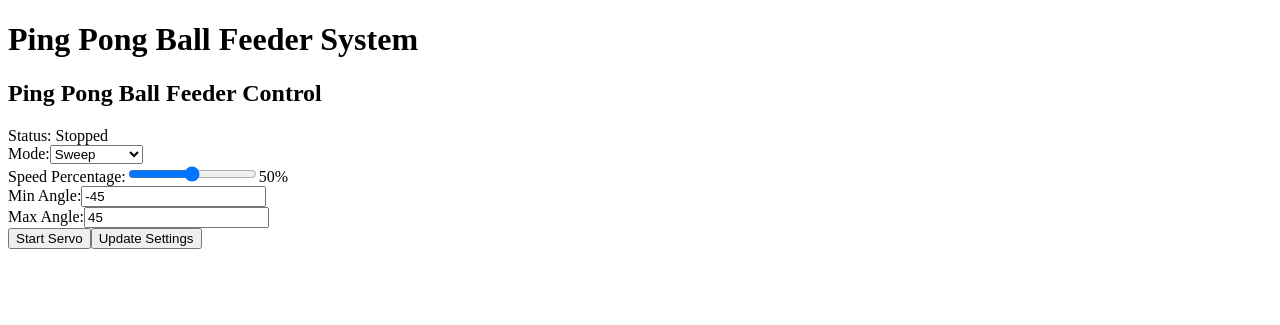
Repository: agurkmedia/pingpong
Page: / (app in frontend/)
The author's editor kept a copy of each file at every save. The page is drawn from the files as they stood at one save, then again after the next save.
The browser window is 1280 px wide. The pictures show the whole page.
The page's requests for data from a server got no answer. The project was rebuilt for these pictures with package versions that can differ from the ones it lists, and the page was loaded fresh each time. The framework's server and built-in components were replaced by stand-ins that run in the browser. No one was signed in, and anything a server would have sent is missing. Also part of the build but not shown: frontend/next.config.js.

Above is the page before, as saved 2024-09-19 08:53:01.

### frontend/app/page.tsx
import PingPongFeeder from '../components/PingPongFeeder';

export default function Home() {
  return (
    <main className="flex min-h-screen flex-col items-center justify-center p-24">
      <h1 className="text-4xl font-bold mb-8">Ping Pong Ball Feeder System</h1>
      <PingPongFeeder />
    </main>
  );
}

### frontend/components/PingPongFeeder.tsx
'use client';

import React, { useState, useEffect } from 'react';

export default function PingPongFeeder() {
  const [status, setStatus] = useState('Stopped');
  const [speedPercentage, setSpeedPercentage] = useState(50);
  const [minAngle, setMinAngle] = useState(-45);
  const [maxAngle, setMaxAngle] = useState(45);
  const [fixedAngle, setFixedAngle] = useState<number | null>(null);
  const [isRunning, setIsRunning] = useState(false);
  const [mode, setMode] = useState<'sweep' | 'fixed'>('sweep');

  useEffect(() => {
    fetchStatus();
  }, []);

  const fetchStatus = async () => {
    try {
      const res = await fetch('/api/servo_status');
      const data = await res.json();
      setStatus(data.start ? 'Running' : 'Stopped');
      setSpeedPercentage(data.speed_percentage);
      setMinAngle(data.min_angle);
      setMaxAngle(data.max_angle);
      setFixedAngle(data.fixed_angle);
      setIsRunning(data.start);
      setMode(data.fixed_angle !== null ? 'fixed' : 'sweep');
    } catch (error) {
      console.error('Error fetching servo status:', error);
    }
  };

  const updateServo = async () => {
    try {
      const res = await fetch('/api/control_servo', {
        method: 'POST',
        headers: {
          'Content-Type': 'application/json',
        },
        body: JSON.stringify({
          start: isRunning,
          speed_percentage: speedPercentage,
          min_angle: minAngle,
          max_angle: maxAngle,
          fixed_angle: mode === 'fixed' ? fixedAngle : null,
        }),
      });
      const data = await res.json();
      console.log(data.message);
      fetchStatus();
    } catch (error) {
      console.error('Error updating servo:', error);
    }
  };

  const toggleServo = () => {
    setIsRunning(!isRunning);
    updateServo();
  };

  return (
    <div className="bg-green-100 p-8 rounded-lg shadow-lg">
      <h2 className="text-2xl font-bold mb-4">Ping Pong Ball Feeder Control</h2>
      <div className="mb-4">
        <span className="font-bold">Status:</span> {status}
      </div>
      <div className="mb-4">
        <label className="block mb-2">Mode:</label>
        <select
          value={mode}
          onChange={(e) => setMode(e.target.value as 'sweep' | 'fixed')}
          className="w-full p-2 border rounded"
        >
          <option value="sweep">Sweep</option>
          <option value="fixed">Fixed Angle</option>
        </select>
      </div>
      {mode === 'sweep' ? (
        <>
          <div className="mb-4">
            <label className="block mb-2">Speed Percentage:</label>
            <input
              type="range"
              min="0"
              max="100"
              value={speedPercentage}
              onChange={(e) => setSpeedPercentage(Number(e.target.value))}
              className="w-full"
            />
            <span>{speedPercentage}%</span>
          </div>
          <div className="mb-4">
            <label className="block mb-2">Min Angle:</label>
            <input
              type="number"
              value={minAngle}
              onChange={(e) => setMinAngle(Number(e.target.value))}
              className="w-full p-2 border rounded"
            />
          </div>
          <div className="mb-4">
            <label className="block mb-2">Max Angle:</label>
            <input
              type="number"
              value={maxAngle}
              onChange={(e) => setMaxAngle(Number(e.target.value))}
              className="w-full p-2 border rounded"
            />
          </div>
        </>
      ) : (
        <div className="mb-4">
          <label className="block mb-2">Fixed Angle:</label>
          <input
            type="number"
            value={fixedAngle ?? ''}
            onChange={(e) => setFixedAngle(Number(e.target.value))}
            className="w-full p-2 border rounded"
          />
        </div>
      )}
      <button
        onClick={toggleServo}
        className={`${
          isRunning ? 'bg-red-500 hover:bg-red-700' : 'bg-green-500 hover:bg-green-700'
        } text-white font-bold py-2 px-4 rounded`}
      >
        {isRunning ? 'Stop' : 'Start'} Servo
      </button>
      <button
        onClick={updateServo}
        className="bg-blue-500 hover:bg-blue-700 text-white font-bold py-2 px-4 rounded ml-4"
      >
        Update Settings
      </button>
    </div>
  );
}

After the next save:
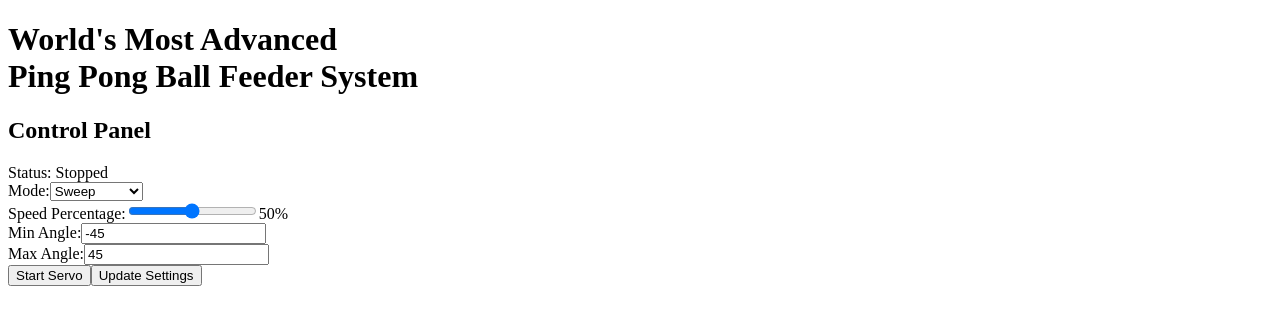
Saved 28 s later.
--- a/frontend/app/page.tsx
+++ b/frontend/app/page.tsx
@@ -2,8 +2,10 @@ import PingPongFeeder from '../components/PingPongFeeder';
 
 export default function Home() {
   return (
-    <main className="flex min-h-screen flex-col items-center justify-center p-24">
-      <h1 className="text-4xl font-bold mb-8">Ping Pong Ball Feeder System</h1>
+    <main className="flex min-h-screen flex-col items-center justify-center p-24 bg-gradient-to-br from-blue-500 via-purple-500 to-pink-500">
+      <h1 className="text-4xl font-bold mb-8 text-white text-center">
+        World's Most Advanced<br />Ping Pong Ball Feeder System
+      </h1>
       <PingPongFeeder />
     </main>
   );
--- a/frontend/components/PingPongFeeder.tsx
+++ b/frontend/components/PingPongFeeder.tsx
@@ -60,17 +60,20 @@ export default function PingPongFeeder() {
   };
 
   return (
-    <div className="bg-green-100 p-8 rounded-lg shadow-lg">
-      <h2 className="text-2xl font-bold mb-4">Ping Pong Ball Feeder Control</h2>
-      <div className="mb-4">
-        <span className="font-bold">Status:</span> {status}
+    <div className="bg-white bg-opacity-20 backdrop-blur-lg rounded-lg shadow-lg p-8 w-full max-w-md">
+      <h2 className="text-2xl font-bold mb-6 text-white">Control Panel</h2>
+      <div className="mb-6">
+        <span className="font-bold text-white">Status:</span>{' '}
+        <span className={`${isRunning ? 'text-green-400' : 'text-red-400'} font-semibold`}>
+          {status}
+        </span>
       </div>
-      <div className="mb-4">
-        <label className="block mb-2">Mode:</label>
+      <div className="mb-6">
+        <label className="block mb-2 text-white">Mode:</label>
         <select
           value={mode}
           onChange={(e) => setMode(e.target.value as 'sweep' | 'fixed')}
-          className="w-full p-2 border rounded"
+          className="w-full p-2 border rounded bg-white bg-opacity-20 text-white"
         >
           <option value="sweep">Sweep</option>
           <option value="fixed">Fixed Angle</option>
@@ -78,8 +81,8 @@ export default function PingPongFeeder() {
       </div>
       {mode === 'sweep' ? (
         <>
-          <div className="mb-4">
-            <label className="block mb-2">Speed Percentage:</label>
+          <div className="mb-6">
+            <label className="block mb-2 text-white">Speed Percentage:</label>
             <input
               type="range"
               min="0"
@@ -88,52 +91,54 @@ export default function PingPongFeeder() {
               onChange={(e) => setSpeedPercentage(Number(e.target.value))}
               className="w-full"
             />
-            <span>{speedPercentage}%</span>
+            <span className="text-white">{speedPercentage}%</span>
           </div>
-          <div className="mb-4">
-            <label className="block mb-2">Min Angle:</label>
+          <div className="mb-6">
+            <label className="block mb-2 text-white">Min Angle:</label>
             <input
               type="number"
               value={minAngle}
               onChange={(e) => setMinAngle(Number(e.target.value))}
-              className="w-full p-2 border rounded"
+              className="w-full p-2 border rounded bg-white bg-opacity-20 text-white"
             />
           </div>
-          <div className="mb-4">
-            <label className="block mb-2">Max Angle:</label>
+          <div className="mb-6">
+            <label className="block mb-2 text-white">Max Angle:</label>
             <input
               type="number"
               value={maxAngle}
               onChange={(e) => setMaxAngle(Number(e.target.value))}
-              className="w-full p-2 border rounded"
+              className="w-full p-2 border rounded bg-white bg-opacity-20 text-white"
             />
           </div>
         </>
       ) : (
-        <div className="mb-4">
-          <label className="block mb-2">Fixed Angle:</label>
+        <div className="mb-6">
+          <label className="block mb-2 text-white">Fixed Angle:</label>
           <input
             type="number"
             value={fixedAngle ?? ''}
             onChange={(e) => setFixedAngle(Number(e.target.value))}
-            className="w-full p-2 border rounded"
+            className="w-full p-2 border rounded bg-white bg-opacity-20 text-white"
           />
         </div>
       )}
-      <button
-        onClick={toggleServo}
-        className={`${
-          isRunning ? 'bg-red-500 hover:bg-red-700' : 'bg-green-500 hover:bg-green-700'
-        } text-white font-bold py-2 px-4 rounded`}
-      >
-        {isRunning ? 'Stop' : 'Start'} Servo
-      </button>
-      <button
-        onClick={updateServo}
-        className="bg-blue-500 hover:bg-blue-700 text-white font-bold py-2 px-4 rounded ml-4"
-      >
-        Update Settings
-      </button>
+      <div className="flex justify-between">
+        <button
+          onClick={toggleServo}
+          className={`${
+            isRunning ? 'bg-red-500 hover:bg-red-600' : 'bg-green-500 hover:bg-green-600'
+          } text-white font-bold py-2 px-4 rounded transition duration-300 ease-in-out transform hover:scale-105`}
+        >
+          {isRunning ? 'Stop' : 'Start'} Servo
+        </button>
+        <button
+          onClick={updateServo}
+          className="bg-blue-500 hover:bg-blue-600 text-white font-bold py-2 px-4 rounded transition duration-300 ease-in-out transform hover:scale-105"
+        >
+          Update Settings
+        </button>
+      </div>
     </div>
   );
 }
